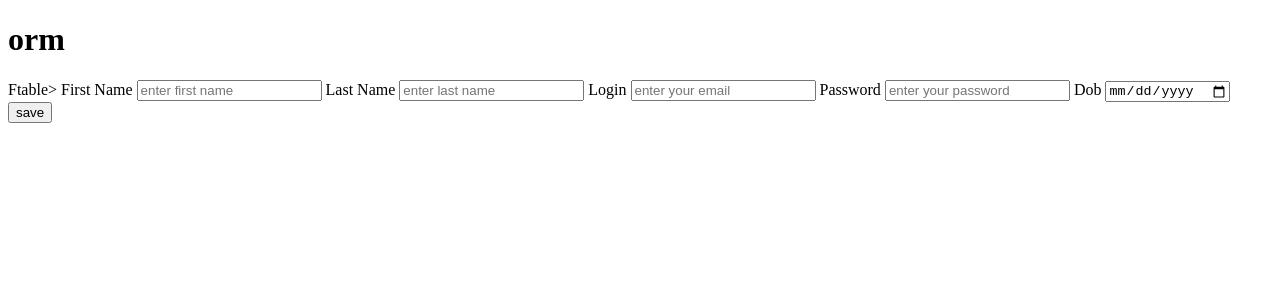
Repository: satyam1614/Advance-java
Page: http://localhost/jsp_servlet/userForm.jsp
An editor plug-in stored every save of this project. The page is shown before and after the next save, followed by the edit.
The browser window is 1280 px wide. The pictures show the whole page.
The page is served by Tomcat 9.

Above is the page before, as saved 2026-01-21 11:16:36.

After the next save:
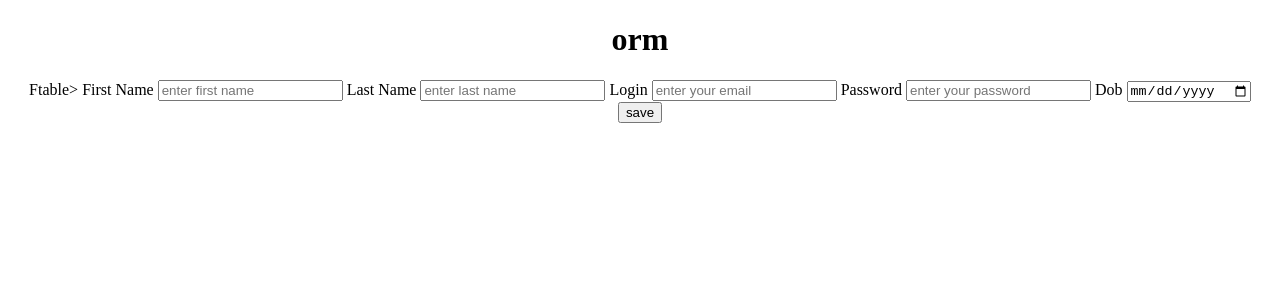
Saved 42 s later.
--- a/jsp-servlet/jsp_servlet/WebContent/userForm.jsp
+++ b/jsp-servlet/jsp_servlet/WebContent/userForm.jsp
@@ -7,7 +7,7 @@
 <title>jsp_servlet</title>
 </head>
 <body>
-    <div align="centre">
+<div align="center" >
 
     <form>
 
